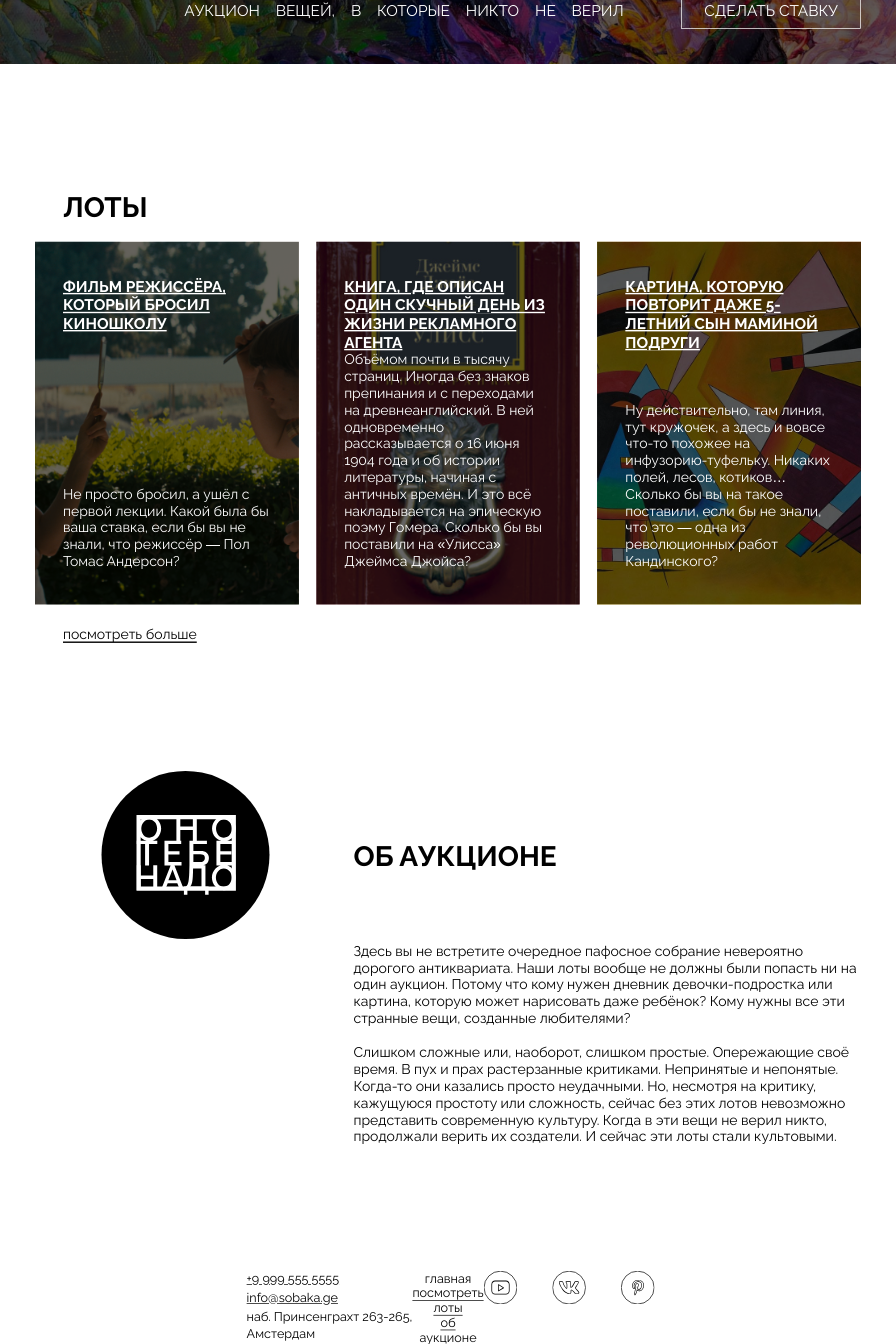
Repository: Hadoooouken/ono-tebe-nado
Page: index.html
The author's editor kept a copy of each file at every save. The page is drawn from the files as they stood at one save, then again after the next save.
The browser window is 1280 px wide. The pictures show the part of the page from y = 959 to 2879 px (the page is 2879 px tall before and 2871 px after), at 70% of full size.

Above is the page before, as saved 2023-11-29 21:33:22.

After the next save:
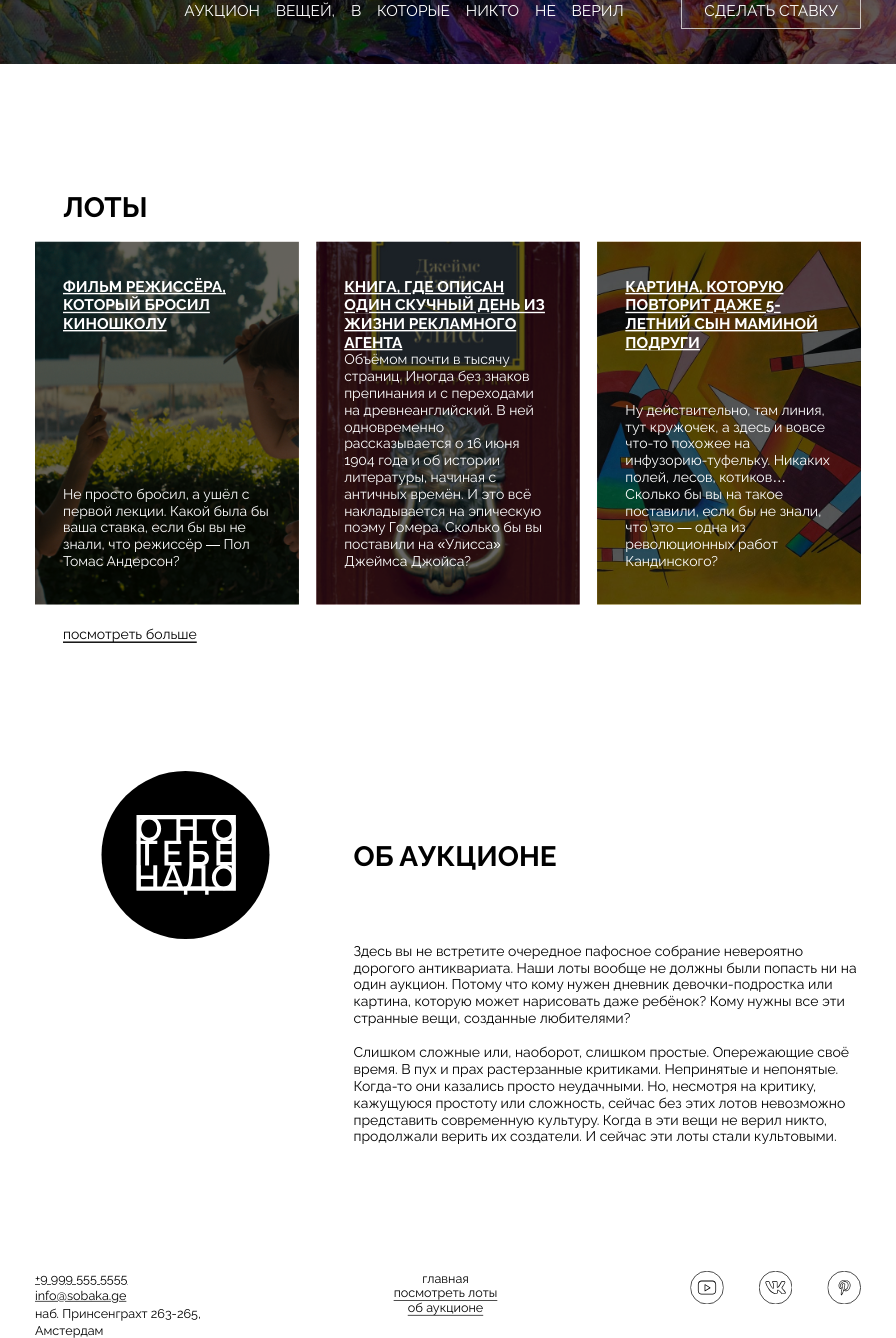
Saved 5 s later.
--- a/styles/style.css
+++ b/styles/style.css
@@ -293,9 +293,8 @@
 
 .footer {
   padding-top: 180px;
-  display: grid;
-  grid-template-columns: 1fr min-content 1fr;
-justify-content: space-between;
+  display: flex;
+  justify-content: space-between;
 }
 
 
